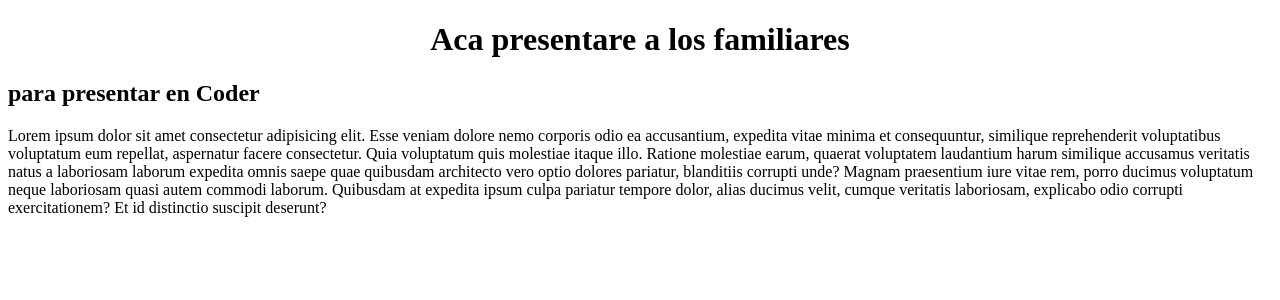
Repository: gadiazsaavedra/Familiares
Page: Familiares/Familiares/plantillas/template1.html
These files come from the project's save history. The page is drawn as it stood at one moment and after the next save; the edit follows.
The browser window is 1280 px wide. The pictures show the whole page.

Above is the page before, as saved 2021-12-07 16:17:52.

After the next save:
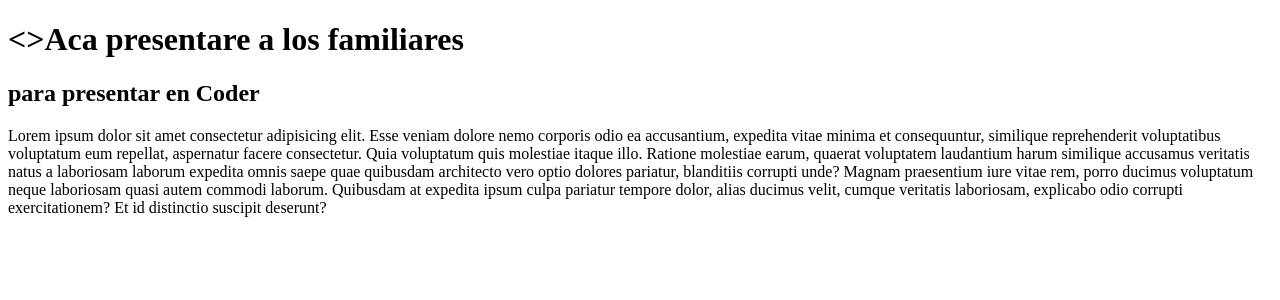
Saved 20 s later.
--- a/Familiares/Familiares/plantillas/template1.html
+++ b/Familiares/Familiares/plantillas/template1.html
@@ -7,7 +7,7 @@
     <title>Familia</title>
 </head>
 <body>
-    <h1><center>Aca presentare a los familiares</center></h1>
+    <h1><>Aca presentare a los familiares</h1>
     <h2>para presentar en Coder</h2>
     <p>Lorem ipsum dolor sit amet consectetur adipisicing elit. Esse veniam dolore nemo corporis odio ea accusantium, expedita vitae minima et consequuntur, similique reprehenderit voluptatibus voluptatum eum repellat, aspernatur facere consectetur. Quia voluptatum quis molestiae itaque illo. Ratione molestiae earum, quaerat voluptatem laudantium harum similique accusamus veritatis natus a laboriosam laborum expedita omnis saepe quae quibusdam architecto vero optio dolores pariatur, blanditiis corrupti unde? Magnam praesentium iure vitae rem, porro ducimus voluptatum neque laboriosam quasi autem commodi laborum. Quibusdam at expedita ipsum culpa pariatur tempore dolor, alias ducimus velit, cumque veritatis laboriosam, explicabo odio corrupti exercitationem? Et id distinctio suscipit deserunt?</p>
 </body>
